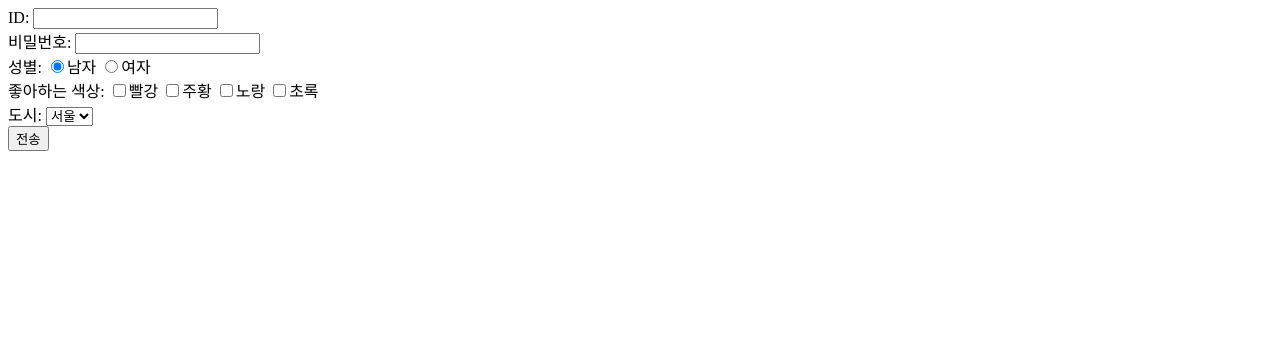
Repository: hrk09/JSPServlet
Page: edu/WebContent/formTest.html
An editor plug-in stored every save of this project. The page is shown before and after the next save, followed by the edit.
The browser window is 1280 px wide. The pictures show the whole page.

Above is the page before, as saved 2022-06-28 02:15:34.

After the next save:
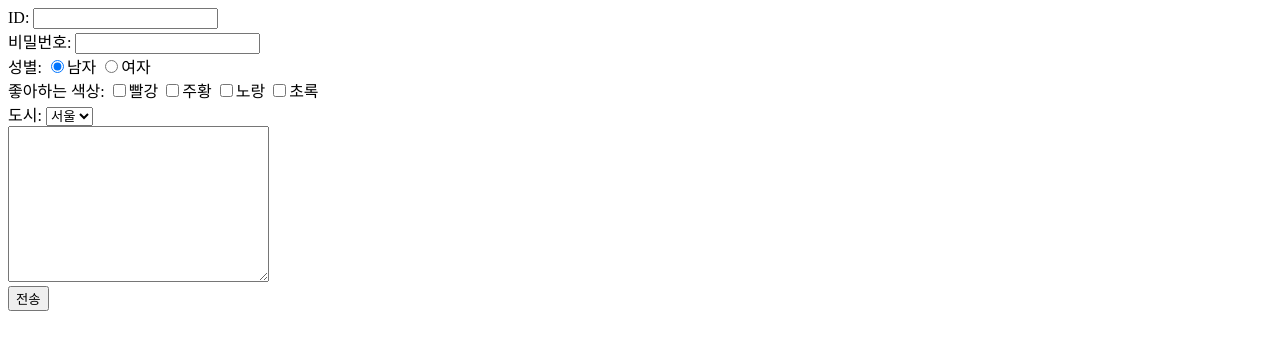
Saved 64 s later.
--- a/edu/WebContent/formTest.html
+++ b/edu/WebContent/formTest.html
@@ -25,6 +25,8 @@
 				<option	value="busan">부산
 			</select><br>
 
+		<textarea rows="10" cols="30"></textarea><br>
+
 		<input type="submit" value="전송"> <!-- submit: form에서 받은 정보 전달하는 역할 -->
 	</form>
 </body>
